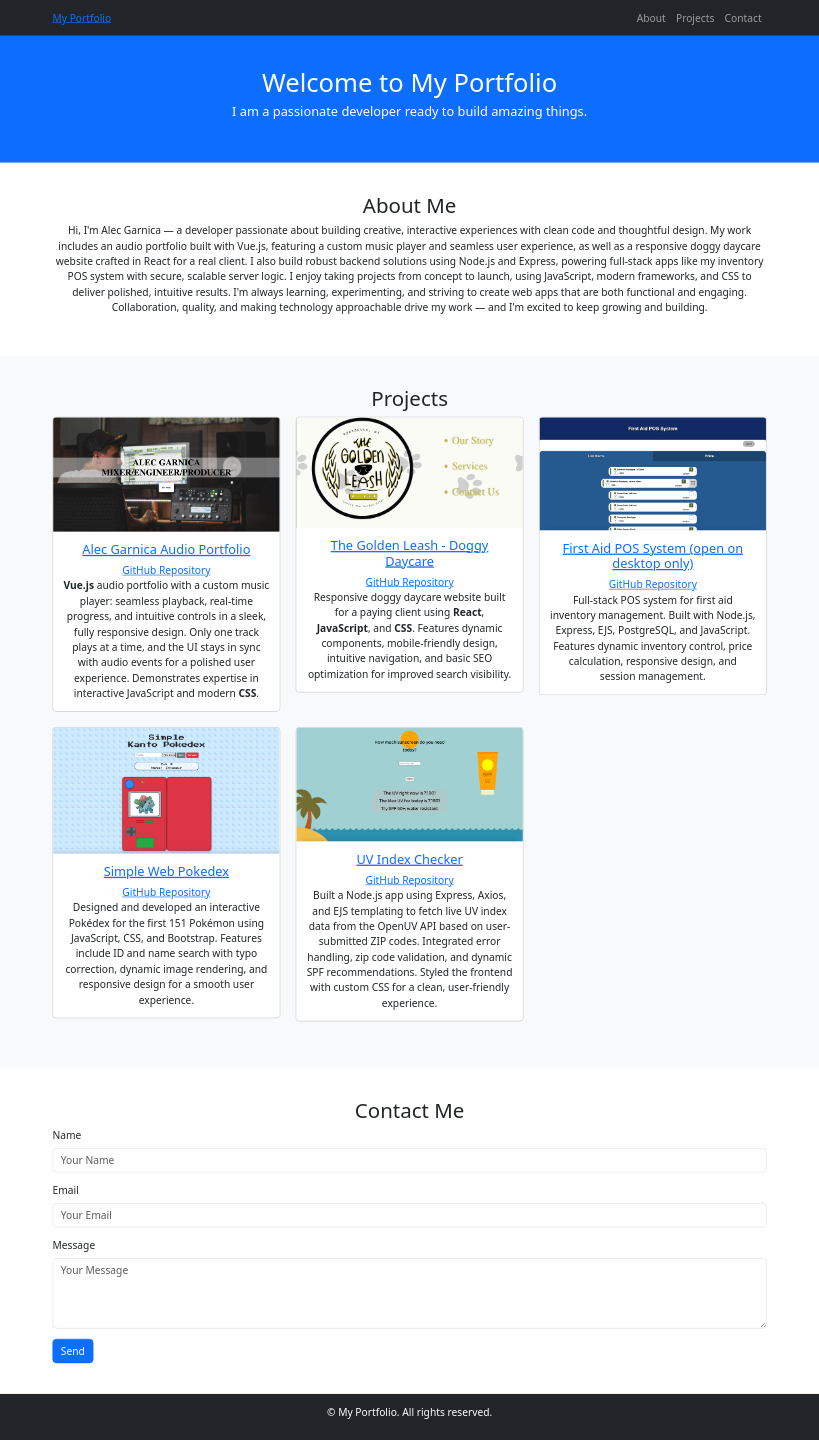
Repository: Aworminator/Portfolio
Page: index.html
An editor plug-in stored every save of this project. The page is shown before and after the next save, followed by the edit.
The browser window is 1280 px wide. The pictures show the whole page, at 64% of full size.

Above is the page before, as saved 2025-09-15 22:38:00.
Console error: ReferenceError: emailjs is not defined

### index.html
<!DOCTYPE html>
<html lang="en">
  <head>
    <meta charset="UTF-8" />
    <meta name="viewport" content="width=device-width, initial-scale=1.0" />
    <title>Portfolio</title>
    <link
      href="https://cdn.jsdelivr.net/npm/bootstrap@5.3.0-alpha1/dist/css/bootstrap.min.css"
      rel="stylesheet"
    />
  </head>
  <body>
    <!-- Navbar -->
    <nav class="navbar navbar-expand-lg navbar-dark bg-dark">
      <div class="container">
        <a class="navbar-bran" href="#">My Portfolio</a>
        <button
          class="navbar-toggler"
          type="button"
          data-bs-toggle="collapse"
          data-bs-target="#navbarNav"
          aria-controls="navbarNav"
          aria-expanded="false"
          aria-label="Toggle navigation"
        >
          <span class="navbar-toggler-icon"></span>
        </button>
        <div class="collapse navbar-collapse" id="navbarNav">
          <ul class="navbar-nav ms-auto">
            <li class="nav-item">
              <a class="nav-link" href="#about">About</a>
            </li>
            <li class="nav-item">
              <a class="nav-link" href="#projects">Projects</a>
            </li>
            <li class="nav-item">
              <a class="nav-link" href="#contact">Contact</a>
            </li>
          </ul>
        </div>
      </div>
    </nav>

    <!-- Hero Section -->
    <header class="bg-primary text-white text-center py-5">
      <div class="container">
        <h1>Welcome to My Portfolio</h1>
        <p class="lead">
          I am a passionate developer ready to build amazing things.
        </p>
      </div>
    </header>

    <!-- About Section -->
    <section id="about" class="py-5">
      <div class="container">
        <h2 class="text-center">About Me</h2>
        <p class="text-center">
          Hi, I'm Alec Garnica — a developer passionate about building creative,
          interactive experiences with clean code and thoughtful design. My work
          includes an audio portfolio built with Vue.js, featuring a custom
          music player and seamless user experience, as well as a responsive
          doggy daycare website crafted in React for a real client. I also build
          robust backend solutions using Node.js and Express, powering
          full-stack apps like my inventory POS system with secure, scalable
          server logic. I enjoy taking projects from concept to launch, using
          JavaScript, modern frameworks, and CSS to deliver polished, intuitive
          results. I'm always learning, experimenting, and striving to create
          web apps that are both functional and engaging. Collaboration,
          quality, and making technology approachable drive my work — and I'm
          excited to keep growing and building.
        </p>
      </div>
    </section>

    <!-- Projects Section -->
    <section id="projects" class="py-5 bg-light">
      <div class="container">
        <h2 class="text-center">Projects</h2>
        <div class="row">
          <div class="col-md-4">
            <!-- Audio Website Project Card -->
            <div class="card mb-4">
              <img
                src="./images/Audio Website.png"
                class="card-img-top"
                alt="Alec Garnica Audio Portfolio"
              />
              <div class="card-body text-center">
                <h5 class="card-title">
                  <a
                    href="https://aworminator.github.io/Alec-Garnica-Audio-Portfolio/"
                    target="_blank"
                    rel="noopener noreferrer"
                    >Alec Garnica Audio Portfolio</a
                  >
                </h5>
                <a
                  href="https://github.com/Aworminator/Alec-Garnica-Audio-Portfolio"
                  target="_blank"
                  rel="noopener noreferrer"
                >
                  <i class="bi bi-github"></i> GitHub Repository
                </a>
                <p class="card-text">
                  <strong>Vue.js</strong> audio portfolio with a custom music
                  player: seamless playback, real-time progress, and intuitive
                  controls in a sleek, fully responsive design. Only one track
                  plays at a time, and the UI stays in sync with audio events
                  for a polished user experience. Demonstrates expertise in
                  interactive JavaScript and modern <strong>CSS</strong>.
                </p>
              </div>
            </div>
          </div>
          <div class="col-md-4">
            <div class="card mb-4">
              <img
                src="./images/The Golden Leash Website.png"
                class="card-img-top"
                alt="Simple Web Pokedex"
              />
              <div class="card-body text-center">
                <h5 class="card-title">
                  <a
                    href="https://aworminator.github.io/golden-leash-website-react/"
                    target="_blank"
                    rel="noopener noreferrer"
                    >The Golden Leash - Doggy Daycare</a
                  >
                </h5>
                <a
                  href="https://github.com/Aworminator/golden-leash-website-react"
                  target="_blank"
                  rel="noopener noreferrer"
                  class="d-block"
                  >GitHub Repository</a
                >
                <p class="card-text">
                  Responsive doggy daycare website built for a paying client
                  using <strong>React</strong>, <strong>JavaScript</strong>, and
                  <strong>CSS</strong>. Features dynamic components,
                  mobile-friendly design, intuitive navigation, and basic SEO
                  optimization for improved search visibility.
                </p>
              </div>
            </div>
          </div>
          <div class="col-md-4">
            <div class="card mb-4">
              <img
                src="./images/POS System Website.png"
                class="card-img-top"
                alt="First Aid POS System"
              />
              <div class="card-body text-center">
                <h5 class="card-title">
                  <a
                    href="https://first-aid-pos-system.onrender.com"
                    target="_blank"
                    rel="noopener noreferrer"
                    >First Aid POS System (open on desktop only)</a
                  >
                </h5>
                <a
                  href="https://github.com/aworminator/First-Aid-POS-System"
                  target="_blank"
                  rel="noopener noreferrer"
                  class="d-block"
                  >GitHub Repository</a
                >
                <p class="card-text">
                  Full-stack POS system for first aid inventory management.
                  Built with Node.js, Express, EJS, PostgreSQL, and JavaScript.
                  Features dynamic inventory control, price calculation,
                  responsive design, and session management.
                </p>
              </div>
            </div>
          </div>
          <div class="col-md-4">
            <div class="card mb-4">
              <img
                src="./images/Simple Pokedex Website.png"
                class="card-img-top"
                alt="Simple Web Pokedex"
              />
              <div class="card-body text-center">
                <h5 class="card-title">
                  <a
                    href="https://aworminator.github.io/Simple-Kanto-Pokedex/"
                    target="_blank"
                    rel="noopener noreferrer"
                    >Simple Web Pokedex</a
                  >
                </h5>
                <a
                  href="https://github.com/aworminator/Simple-Kanto-Pokedex"
                  target="_blank"
                  rel="noopener noreferrer"
                  class="d-block"
                  >GitHub Repository</a
                >
                <p class="card-text">
                  Designed and developed an interactive Pokédex for the first
                  151 Pokémon using JavaScript, CSS, and Bootstrap. Features
                  include ID and name search with typo correction, dynamic image
                  rendering, and responsive design for a smooth user experience.
                </p>
              </div>
            </div>
          </div>
          <div class="col-md-4">
            <div class="card mb-4">
              <img
                src="./images/API Sunscreen Website.png"
                class="card-img-top"
                alt="UV Index Checker"
              />
              <div class="card-body text-center">
                <h5 class="card-title">
                  <a
                    href="https://api-sunscreen-website.onrender.com/"
                    target="_blank"
                    rel="noopener noreferrer"
                    >UV Index Checker</a
                  >
                </h5>
                <a
                  href="https://github.com/aworminator/API-Sunscreen-Website"
                  target="_blank"
                  rel="noopener noreferrer"
                  class="d-block"
                  >GitHub Repository</a
                >
                <p class="card-text">
                  Built a Node.js app using Express, Axios, and EJS templating
                  to fetch live UV index data from the OpenUV API based on
                  user-submitted ZIP codes. Integrated error handling, zip code
                  validation, and dynamic SPF recommendations. Styled the
                  frontend with custom CSS for a clean, user-friendly
                  experience.
                </p>
              </div>
            </div>
          </div>
        </div>
      </div>
    </section>

    <!-- Contact Section -->
    <section id="contact" class="py-5">
      <div class="container">
        <h2 class="text-center">Contact Me</h2>
        <form id="contact-form" onsubmit="sendEmail(event)">
          <div class="mb-3">
            <label for="name" class="form-label">Name</label>
            <input
              type="text"
              class="form-control"
              id="name"
              name="from_name"
              placeholder="Your Name"
            />
          </div>
          <div class="mb-3">
            <label for="email" class="form-label">Email</label>
            <input
              type="email"
              class="form-control"
              id="email"
              name="reply_to"
              placeholder="Your Email"
            />
          </div>
          <div class="mb-3">
            <label for="message" class="form-label">Message</label>
            <textarea
              class="form-control"
              id="message"
              name="message"
              rows="4"
              placeholder="Your Message"
            ></textarea>
          </div>
          <button type="submit" class="btn btn-primary">Send</button>
        </form>
      </div>
    </section>

    <!-- Footer -->
    <footer class="bg-dark text-white text-center py-3">
      <p>
        &copy; <span id="current-year"></span> My Portfolio. All rights
        reserved.
      </p>
    </footer>

    <script src="https://cdn.jsdelivr.net/npm/bootstrap@5.3.0-alpha1/dist/js/bootstrap.bundle.min.js"></script>
    <script
      type="text/javascript"
      src="https://cdn.jsdelivr.net/npm/@emailjs/browser@4/dist/email.min.js"
    ></script>
    <script type="text/javascript">
      (function () {
        emailjs.init({
          publicKey: "Av33DaVyg5wDM5N9s",
        });
      })();

      function sendEmail(event) {
        event.preventDefault();

        const serviceID = "service_x2fv1ji";
        const templateID = "template_xrm7y6m";

        emailjs
          .sendForm(
            serviceID,
            templateID,
            document.getElementById("contact-form")
          )
          .then(
            () => {
              alert("Message sent successfully!");
              document.getElementById("contact-form").reset();
            },
            (error) => {
              alert("Failed to send message. Please try again later.");
              console.error("EmailJS Error:", error);
            }
          );
      }

      // Set the current year dynamically
      document.getElementById("current-year").textContent =
        new Date().getFullYear();
    </script>
  </body>
</html>

After the next save:
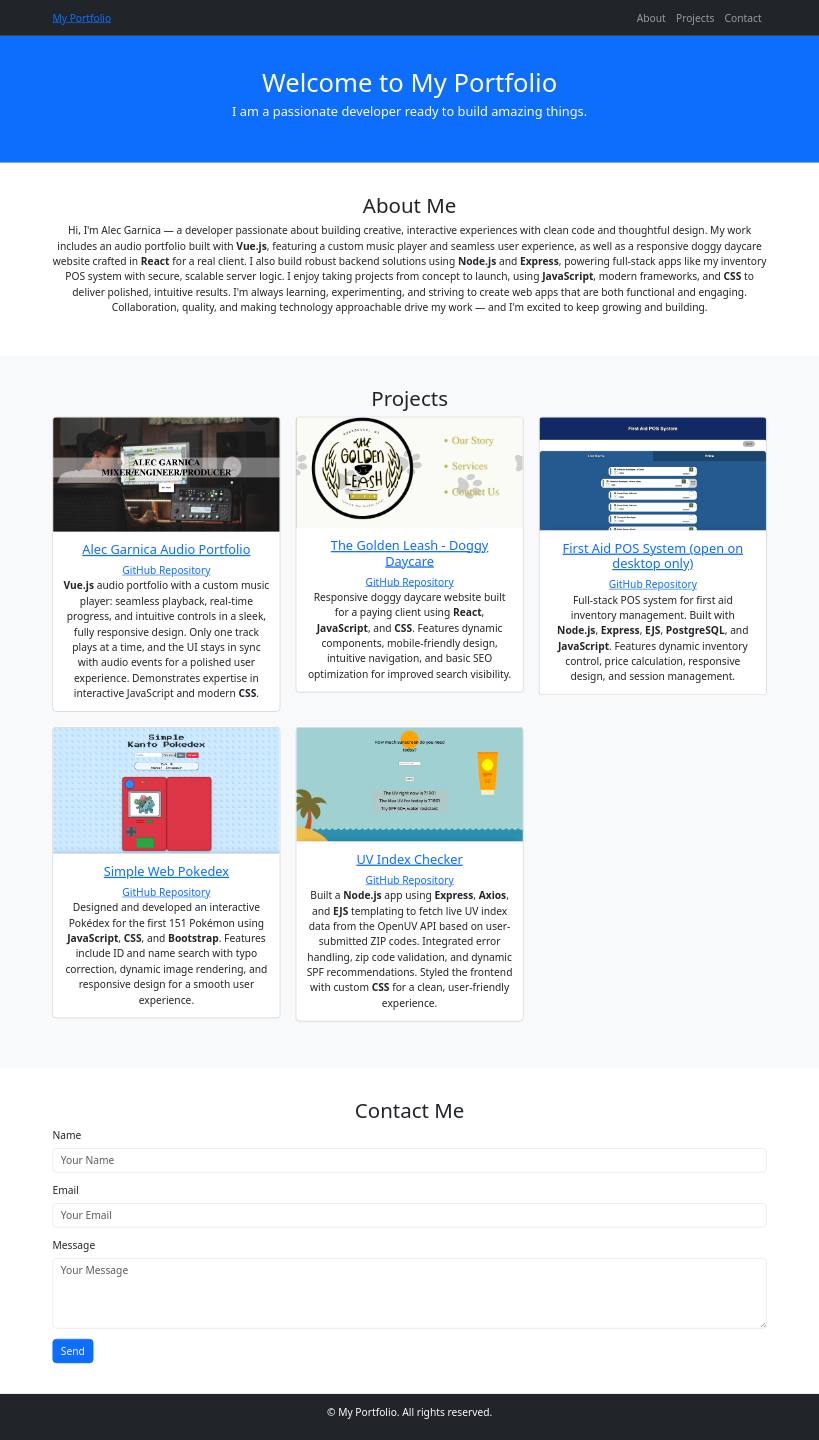
Saved 53 s later.
--- a/index.html
+++ b/index.html
@@ -58,13 +58,13 @@
         <p class="text-center">
           Hi, I'm Alec Garnica — a developer passionate about building creative,
           interactive experiences with clean code and thoughtful design. My work
-          includes an audio portfolio built with Vue.js, featuring a custom
+          includes an audio portfolio built with <strong>Vue.js</strong>, featuring a custom
           music player and seamless user experience, as well as a responsive
-          doggy daycare website crafted in React for a real client. I also build
-          robust backend solutions using Node.js and Express, powering
+          doggy daycare website crafted in <strong>React</strong> for a real client. I also build
+          robust backend solutions using <strong>Node.js</strong> and <strong>Express</strong>, powering
           full-stack apps like my inventory POS system with secure, scalable
           server logic. I enjoy taking projects from concept to launch, using
-          JavaScript, modern frameworks, and CSS to deliver polished, intuitive
+          <strong>JavaScript</strong>, modern frameworks, and <strong>CSS</strong> to deliver polished, intuitive
           results. I'm always learning, experimenting, and striving to create
           web apps that are both functional and engaging. Collaboration,
           quality, and making technology approachable drive my work — and I'm
@@ -171,7 +171,7 @@
                 >
                 <p class="card-text">
                   Full-stack POS system for first aid inventory management.
-                  Built with Node.js, Express, EJS, PostgreSQL, and JavaScript.
+                  Built with <strong>Node.js</strong>, <strong>Express</strong>, <strong>EJS</strong>, <strong>PostgreSQL</strong>, and <strong>JavaScript</strong>.
                   Features dynamic inventory control, price calculation,
                   responsive design, and session management.
                 </p>
@@ -203,7 +203,7 @@
                 >
                 <p class="card-text">
                   Designed and developed an interactive Pokédex for the first
-                  151 Pokémon using JavaScript, CSS, and Bootstrap. Features
+                  151 Pokémon using <strong>JavaScript</strong>, <strong>CSS</strong>, and <strong>Bootstrap</strong>. Features
                   include ID and name search with typo correction, dynamic image
                   rendering, and responsive design for a smooth user experience.
                 </p>
@@ -234,11 +234,11 @@
                   >GitHub Repository</a
                 >
                 <p class="card-text">
-                  Built a Node.js app using Express, Axios, and EJS templating
+                  Built a <strong>Node.js</strong> app using <strong>Express</strong>, <strong>Axios</strong>, and <strong>EJS</strong> templating
                   to fetch live UV index data from the OpenUV API based on
                   user-submitted ZIP codes. Integrated error handling, zip code
                   validation, and dynamic SPF recommendations. Styled the
-                  frontend with custom CSS for a clean, user-friendly
+                  frontend with custom <strong>CSS</strong> for a clean, user-friendly
                   experience.
                 </p>
               </div>
